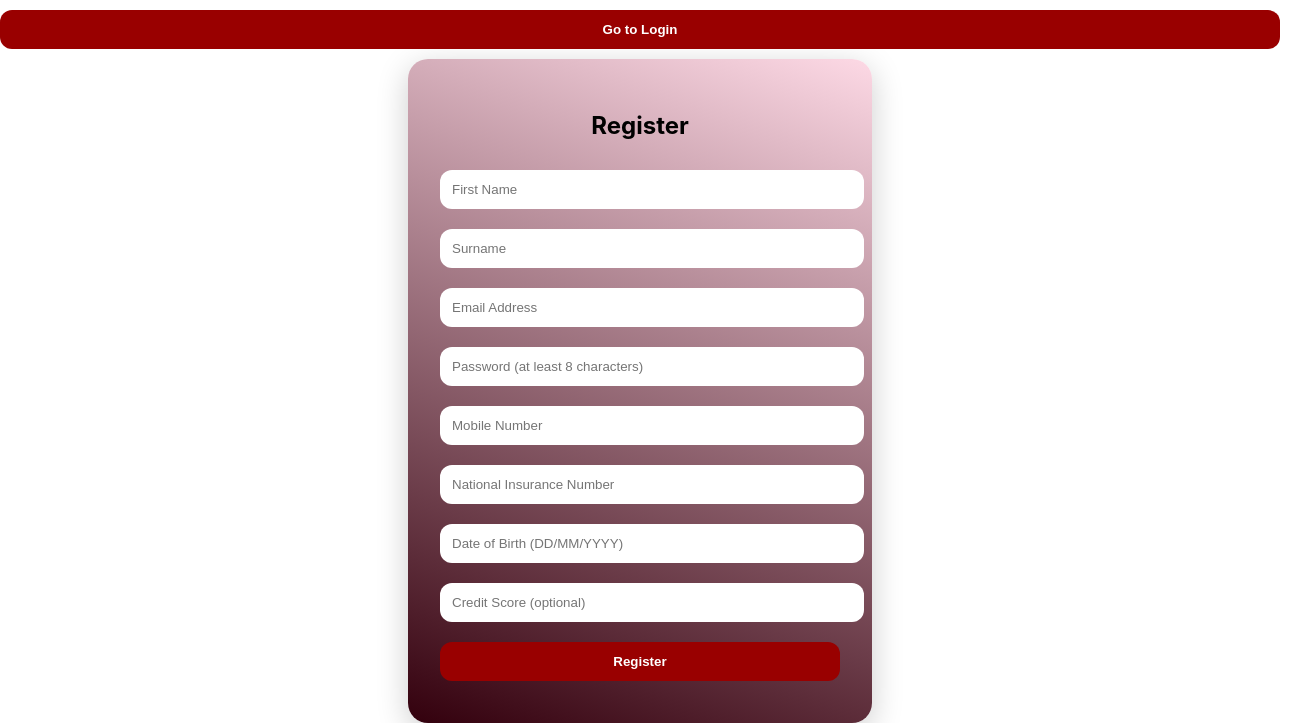
Repository: aab232/https---github.com-aab232-Deferred-Payment-Platform
Page: / (app in frontend/), after clicking the first element matching `button`
These files come from the project's save history. The page is drawn as it stood at one moment and after the next save; the edit follows.
The browser window is 1280 px wide. The page is 1280 px wide, then 1304 px, so the pictures cover 1304 px, including what lies to the right of the window. The pictures show the whole page.
The project was rebuilt for these pictures with package versions that can differ from the ones it lists, and the page was loaded fresh each time.

Above is the page before, as saved 2025-03-14 02:08:07.

After the next save:
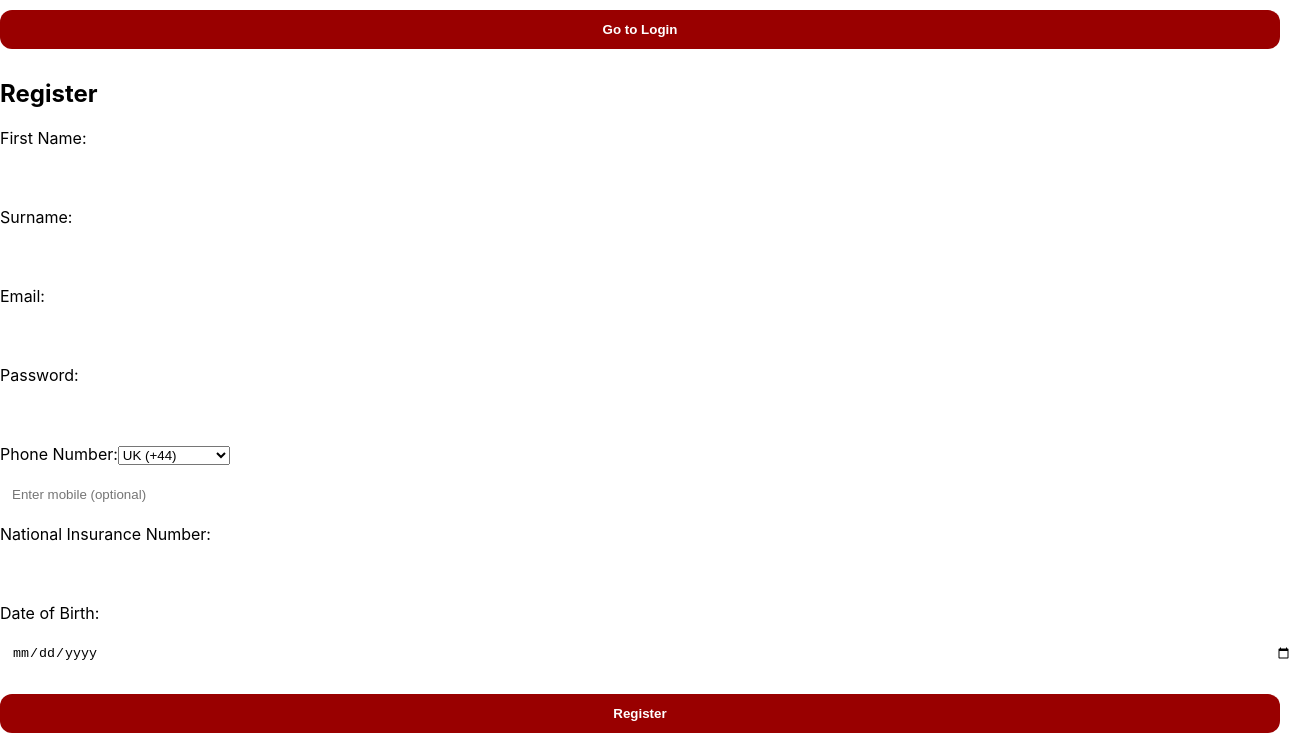
Saved 3 days later.
--- a/frontend/src/components/Register.js
+++ b/frontend/src/components/Register.js
@@ -1,111 +1,84 @@
-import React, { useState } from "react";
-import axios from "axios";
-import { PatternFormat } from "react-number-format";  // Use PatternFormat instead
-import "./Register.css";
+import React, { useState } from 'react';
+import axios from 'axios';
+import './Register.css';
 
 const Register = () => {
     const [formData, setFormData] = useState({
-        firstName: "",
-        surname: "",
-        email: "",
-        password: "",
-        phone_number: "",
-        niNumber: "",
-        date_of_birth: "",
-        credit_score: "",
+        firstName: '',
+        surname: '',
+        email: '',
+        password: '',
+        mobile: '',
+        niNumber: '',
+        dob: '',
+        countryCode: '+44',
     });
 
+    const countries = [
+        { code: '+44', name: 'UK' },
+        { code: '+1', name: 'USA' },
+        { code: '+61', name: 'Australia' },
+        { code: '+33', name: 'France' },
+        { code: '+49', name: 'Germany' },
+    ];
+
     const handleChange = (e) => {
-        // Handle normal inputs
-        if (e.target.name !== "date_of_birth") {
-            setFormData({ ...formData, [e.target.name]: e.target.value });
-        }
-    };
-
-    const handleDateChange = (values) => {
-        // Correctly update the state with formattedValue
-        setFormData({ ...formData, date_of_birth: values.formattedValue });
+        const { name, value } = e.target;
+        setFormData({
+            ...formData,
+            [name]: value,
+        });
     };
 
     const handleSubmit = async (e) => {
         e.preventDefault();
         try {
-            const response = await axios.post("http://localhost:5000/register", formData);
+            const response = await axios.post('http://localhost:5000/register', formData);
             alert(response.data.message);
         } catch (error) {
-            alert(error.response?.data.message || "Registration failed.");
+            alert(error.response?.data?.message || 'Registration failed.');
         }
     };
 
     return (
-        <div className="form-container">
+        <div className="register-container">
             <h2>Register</h2>
             <form onSubmit={handleSubmit}>
+                <label>First Name:</label>
+                <input type="text" name="firstName" value={formData.firstName} onChange={handleChange} required />
+
+                <label>Surname:</label>
+                <input type="text" name="surname" value={formData.surname} onChange={handleChange} required />
+
+                <label>Email:</label>
+                <input type="email" name="email" value={formData.email} onChange={handleChange} required />
+
+                <label>Password:</label>
+                <input type="password" name="password" value={formData.password} onChange={handleChange} required />
+
+                <label>Phone Number:</label>
+                <select name="countryCode" value={formData.countryCode} onChange={handleChange}>
+                    {countries.map((c) => (
+                        <option key={c.code} value={c.code}>
+                            {c.name} ({c.code})
+                        </option>
+                    ))}
+                </select>
                 <input
                     type="text"
-                    name="firstName"
-                    placeholder="First Name"
-                    value={formData.firstName}
+                    name="mobile"
+                    value={formData.mobile}
                     onChange={handleChange}
-                    required
+                    maxLength="15"
+                    placeholder="Enter mobile (optional)"
                 />
-                <input
-                    type="text"
-                    name="surname"
-                    placeholder="Surname"
-                    value={formData.surname}
-                    onChange={handleChange}
-                    required
-                />
-                <input
-                    type="email"
-                    name="email"
-                    placeholder="Email Address"
-                    value={formData.email}
-                    onChange={handleChange}
-                    required
-                />
-                <input
-                    type="password"
-                    name="password"
-                    placeholder="Password (at least 8 characters)"
-                    value={formData.password}
-                    onChange={handleChange}
-                    required
-                />
-                <input
-                    type="text"
-                    name="phone_number"
-                    placeholder="Mobile Number"
-                    value={formData.phone_number}
-                    onChange={handleChange}
-                    required
-                />
-                <input
-                    type="text"
-                    name="niNumber"
-                    placeholder="National Insurance Number"
-                    value={formData.niNumber}
-                    onChange={handleChange}
-                    required
-                />
-                {/* Use PatternFormat instead of NumericFormat for date */}
-                <PatternFormat
-                    format="##/##/####"   // Define the pattern for DD/MM/YYYY
-                    mask="_"
-                    name="date_of_birth"
-                    placeholder="Date of Birth (DD/MM/YYYY)"
-                    value={formData.date_of_birth}
-                    onValueChange={handleDateChange}
-                    required
-                />
-                <input
-                    type="text"
-                    name="credit_score"
-                    placeholder="Credit Score (optional)"
-                    value={formData.credit_score}
-                    onChange={handleChange}
-                />
+
+                <label>National Insurance Number:</label>
+                <input type="text" name="niNumber" value={formData.niNumber} onChange={handleChange} required />
+
+                <label>Date of Birth:</label>
+                <input type="date" name="dob" value={formData.dob} onChange={handleChange} required />
+
                 <button type="submit">Register</button>
             </form>
         </div>
